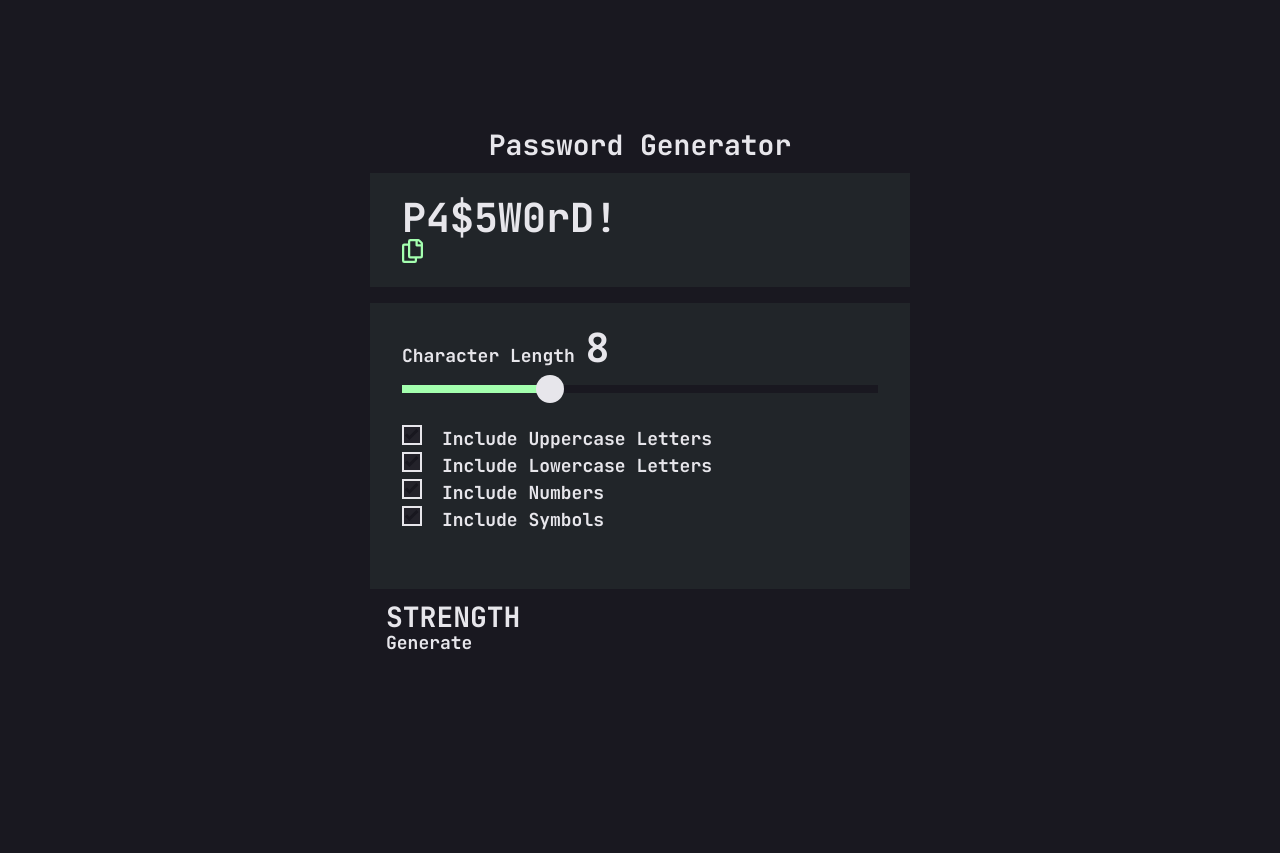
Repository: blordeus/password-generator-app
Page: starter-code/index.html
These files come from the project's save history. The page is drawn as it stood at one moment and after a run of saves; the edit follows.
The browser window is 1280 px wide. The pictures show the whole page.

Above is the page before, as saved 2023-10-05 20:17:42.
Console error: TypeError: Cannot read properties of null (reading 'classList')

After the next 2 saves:
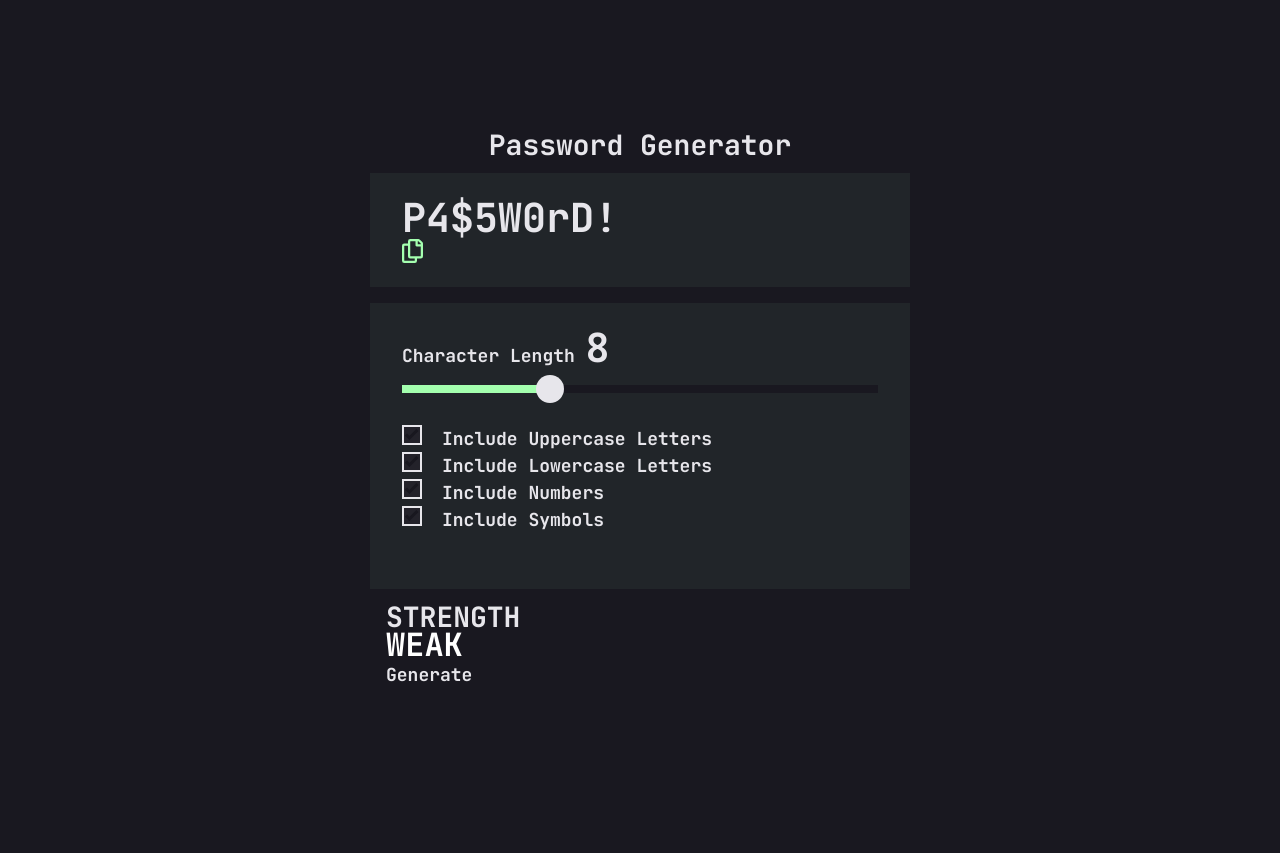
The 2 saves are shown as one change because they came seconds apart.
The last was saved 12 s later.
--- a/starter-code/index.html
+++ b/starter-code/index.html
@@ -55,7 +55,7 @@
     <div class="strength flex">
       <h2 class="fs-3 text-grey uppercase">Strength</h2>
       <div class="strengthLvl flex">
-        <p class="fs-2 text-white uppercase"></p>
+        <p class="fs-2 text-white uppercase" id="levelTxt">weak</p>
 
       </div>
       Generate
